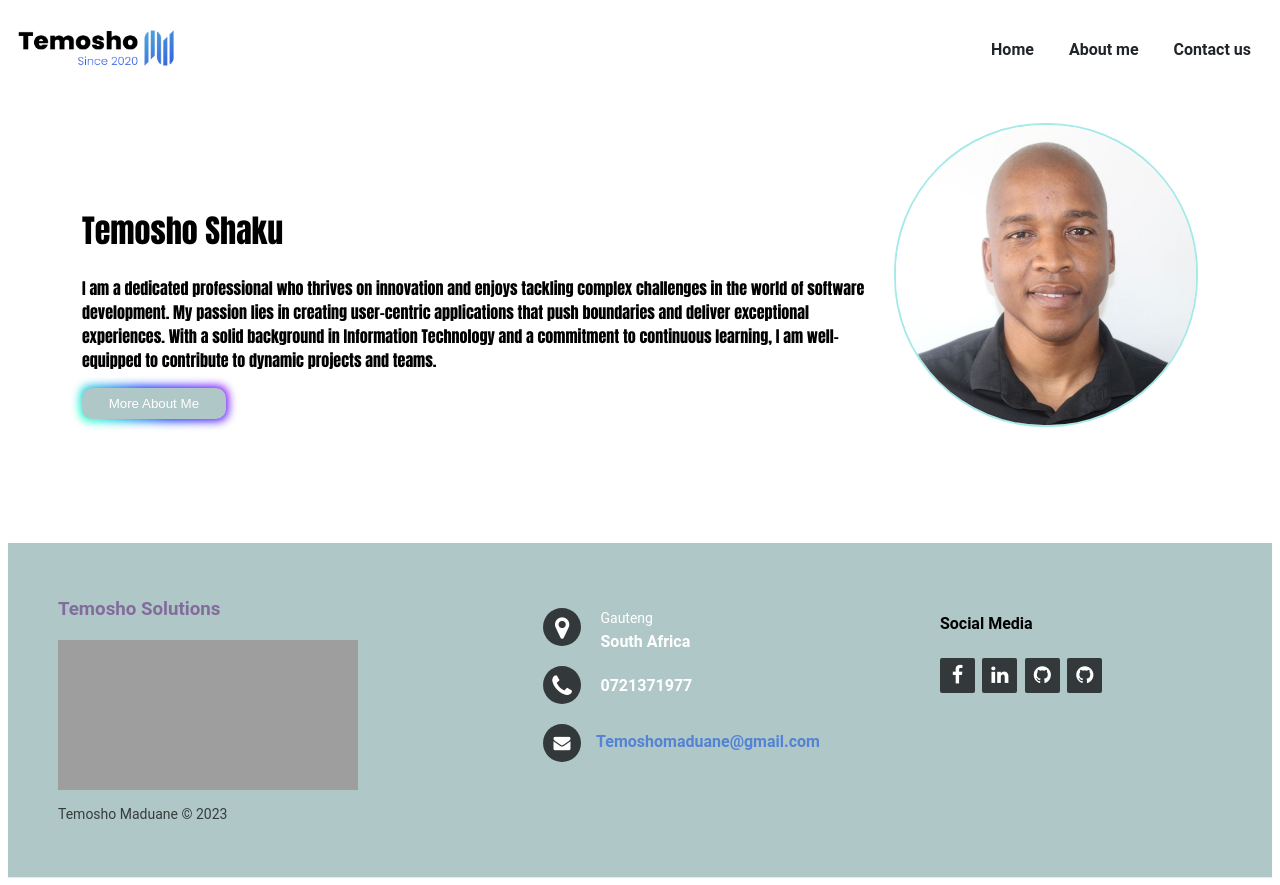
Repository: TemoshoS/T-Shaku
Page: index.html
The author's editor kept a copy of each file at every save. The page is drawn from the files as they stood at one save, then again after the next save.
The browser window is 1280 px wide. The pictures show the whole page.
Pictures or frames that could not be fetched are drawn as grey boxes. Some web libraries are served in a nearby version.

Above is the page before, as saved 2023-09-28 14:56:36.

After the next save:
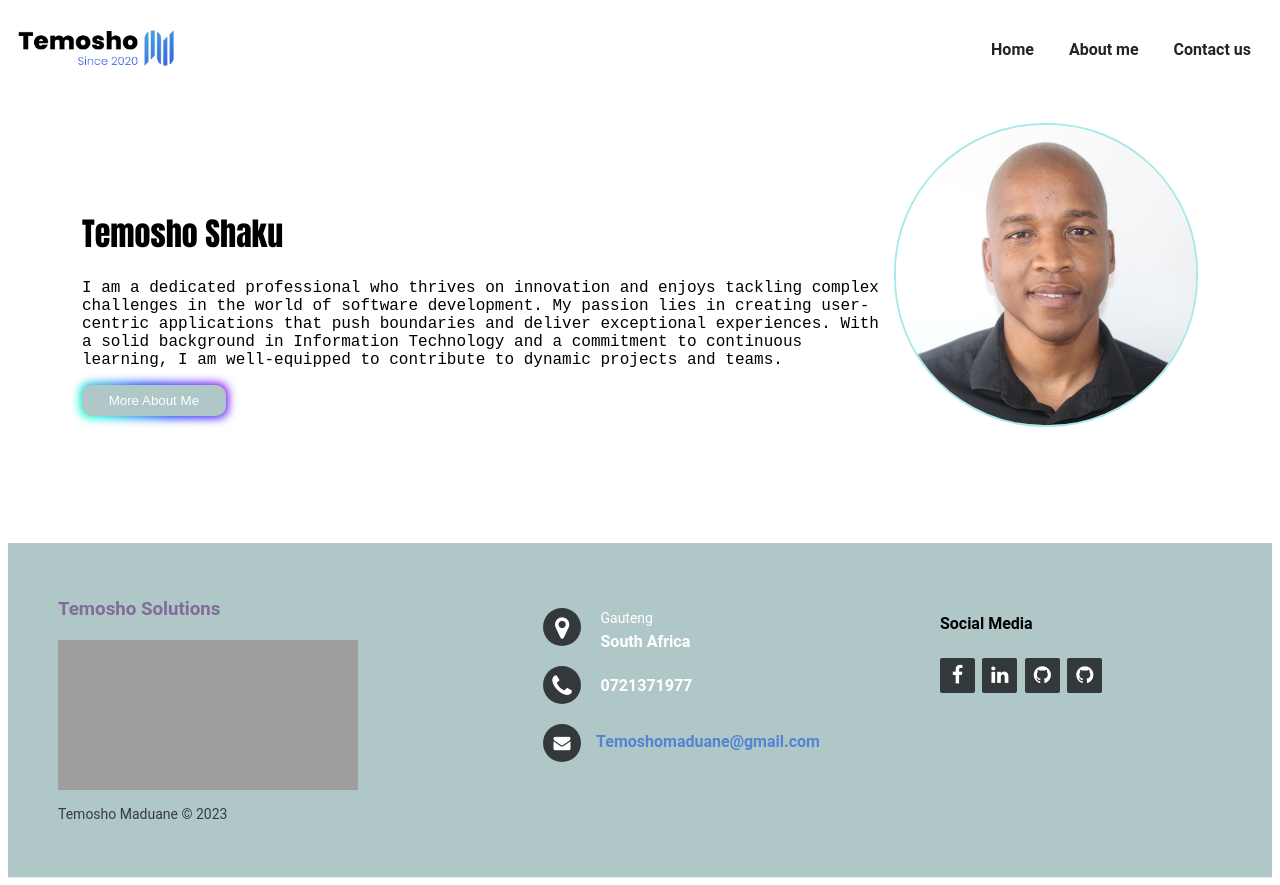
Saved 62 s later.
--- a/css/style.css
+++ b/css/style.css
@@ -48,7 +48,7 @@ font-family:Impact, Haettenschweiler, 'Arial Narrow Bold', sans-serif;
 }
 
 .description{
-font-family:Impact, Haettenschweiler, 'Arial Narrow Bold', sans-serif;
+font-family:Courier New, monospace;
 }
 .img-profile {
     border-radius: 150px;
